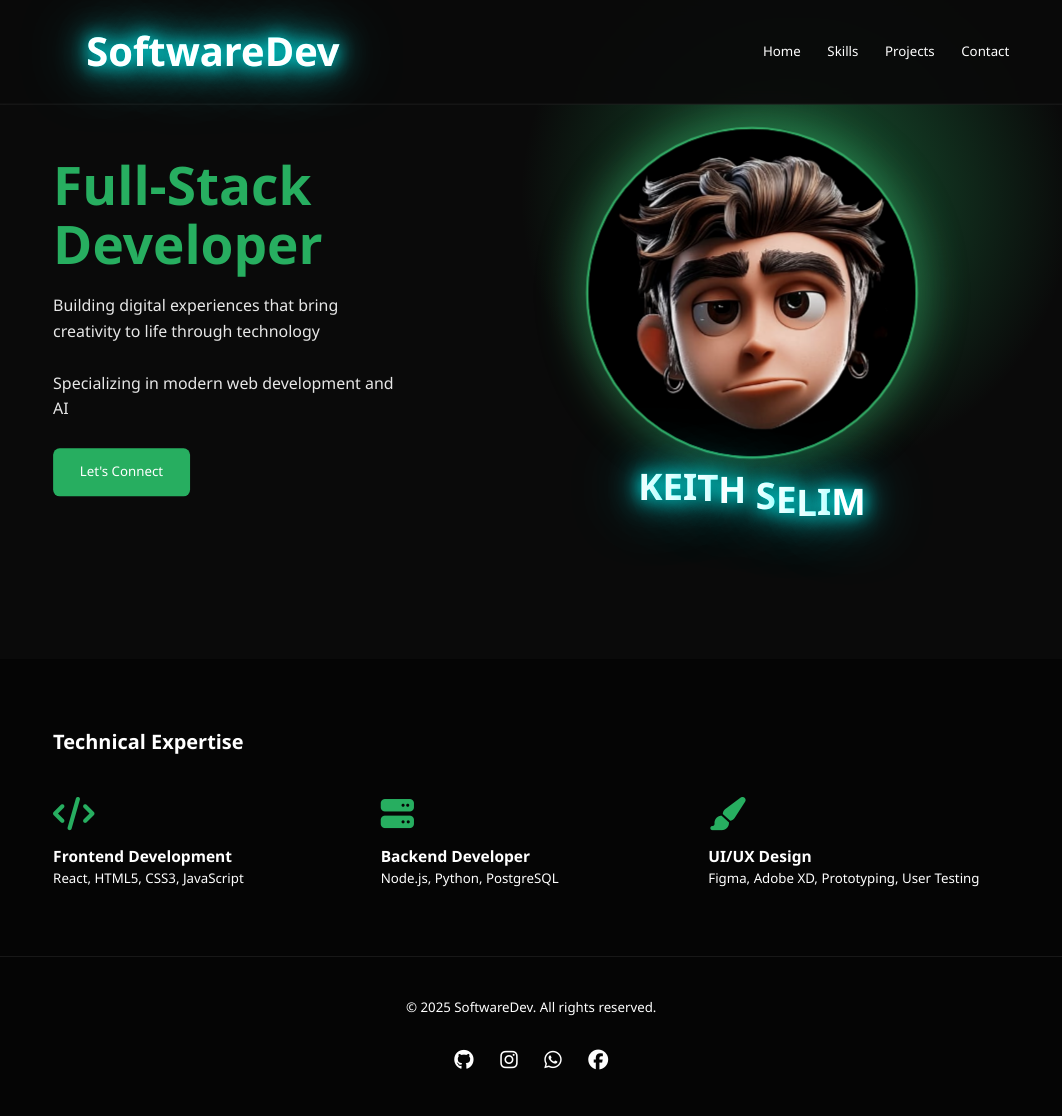
Repository: PEEZYBEE/my-react-portfolio
Page: /
These files come from the project's save history. The page is drawn as it stood at one moment and after the next save; the edit follows.
The browser window is 1280 px wide. The pictures show the whole page, at 83% of full size.
The project was rebuilt for these pictures with package versions that can differ from the ones it lists, and the page was loaded fresh each time. Also part of the build but not shown: vite.config.js.

Above is the page before, as saved 2025-04-21 01:50:17.

### index.html
<!doctype html>
<html lang="en">
  <head>
    <meta charset="UTF-8" />
  <link rel="icon" type="image/svg+xml" href="favicon.svg" />
  <meta name="viewport" content="width=device-width, initial-scale=1.0" />
  <title>Keith Selim</title>

  <!-- ✅ Add this line below -->
  <link
    rel="stylesheet"
    href="https://cdnjs.cloudflare.com/ajax/libs/font-awesome/6.7.2/css/all.min.css"
    integrity="sha512-Evv84Mr4kqVGRNSgIGL/F/aIDqQb7xQ2vcrdIwxfjThSH8CSR7PBEakCr51Ck+w+/U6swU2Im1vVX0SVk9ABhg=="
    crossorigin="anonymous"
    referrerpolicy="no-referrer"
  />
</head>
  <body>
    <div id="root"></div>
    <script type="module" src="/src/main.jsx"></script>
  </body>
</html>

### src/index.css
:root {
  font-family: system-ui, Avenir, Helvetica, Arial, sans-serif;
  line-height: 1.5;
  font-weight: 400;

  color-scheme: light dark;
  color: rgba(255, 255, 255, 0.87);
  background-color: #242424;

  font-synthesis: none;
  text-rendering: optimizeLegibility;
  -webkit-font-smoothing: antialiased;
  -moz-osx-font-smoothing: grayscale;
}

a {
  font-weight: 500;
  color: #646cff;
  text-decoration: inherit;
}
a:hover {
  color: #535bf2;
}

body {
  margin: 0;


  min-width: 320px;
  min-height: 100vh;
}

h1 {
  font-size: 3.2em;
  line-height: 1.1;
}

button {
  border-radius: 8px;
  border: 1px solid transparent;
  padding: 0.6em 1.2em;
  font-size: 1em;
  font-weight: 500;
  font-family: inherit;
  background-color: #1a1a1a;
  cursor: pointer;
  transition: border-color 0.25s;
}
button:hover {
  border-color: #646cff;
}
button:focus,
button:focus-visible {
  outline: 4px auto -webkit-focus-ring-color;
}

@media (prefers-color-scheme: light) {
  :root {
    color: #213547;
    background-color: #ffffff;
  }
  a:hover {
    color: #747bff;
  }
  button {
    background-color: #f9f9f9;
  }
}

### src/App.jsx
import React from "react";
import Navbar from './components/Navbar';
import Hero from './components/Hero';
import NameBanner from './components/NameBanner';
import Skills from './components/Skills';
import Footer from './components/Footer';
import './style.css';


function App() {
  return (
    <>
      <Navbar />
      <Hero />
      <NameBanner />
      <Skills />
      <Footer />
    </>
  );
}

export default App;

### src/components/Navbar.jsx
import React from "react";

const Navbar = () => {
  return (
    <nav className="navbar">
      <a href="#home" className="logo">SoftwareDev</a>
      <ul className="nav-links">
        <li><a href="#home">Home</a></li>
        <li><a href="#skills">Skills</a></li>
        <li><a href="#projects">Projects</a></li>
        <li><a href="#contact">Contact</a></li>
      </ul>
    </nav>
  );
};

export default Navbar;

### src/components/Hero.jsx
import React from 'react';
import './Hero.css';
import profileImage from '../assets/profile.jpg';

const Hero = () => {
  return (
    <section id="home" className="hero">
      <div className="hero-content">
        <h1>Full-Stack Developer</h1>
        <p>Building digital experiences that bring creativity to life through technology</p>
        <p className="highlight">Specializing in modern web development and AI</p>
        <a href="#contact" className="cta-button">Let's Connect</a>
      </div>

      <div className="hero-image-container">
        <div className="profile-wrapper">
          <img src={profileImage} alt="Profile" className="profile-img" />
          <h2 className="bouncing-letters">
            <span>K</span>
            <span>E</span>
            <span>I</span>
            <span>T</span>
            <span>H</span>
            <span>&nbsp;</span>
            <span>S</span>
            <span>E</span>
            <span>L</span>
            <span>I</span>
            <span>M</span>
          </h2>
        </div>
      </div>
    </section>
  );
};

export default Hero;

### src/components/NameBanner.jsx
import React from "react";


const Hero = () => {
  return (
    <section>



    </section>
  );
};

export default Hero;

### src/components/Skills.jsx
import React from "react";

const Skills = () => {
  return (
    <section id="skills" className="skills">
      <h2>Technical Expertise</h2>
      <div className="skills-grid">
        <div className="skill-card">
          <i className="fa-solid fa-code"></i>
          <h3>Frontend Development</h3>
          <p>React, HTML5, CSS3, JavaScript</p>
        </div>
        <div className="skill-card">
          <i className="fa-solid fa-server"></i>
          <h3>Backend Developer</h3>
          <p>Node.js, Python, PostgreSQL</p>
        </div>
        <div className="skill-card">
          <i className="fa-solid fa-paintbrush"></i>
          <h3>UI/UX Design</h3>
          <p>Figma, Adobe XD, Prototyping, User Testing</p>
        </div>
      </div>
    </section>
  );
};

export default Skills;

### src/components/Footer.jsx
import React from "react";

const Footer = () => {
  return (
    <footer>
      <p>&copy; 2025 SoftwareDev. All rights reserved.</p>
      <div className="social-links">
        <a href="#"><i className="fa-brands fa-github"></i></a>
        <a href="#"><i className="fa-brands fa-instagram"></i></a>
        <a href="#"><i className="fa-brands fa-whatsapp"></i></a>
        <a href="#"><i className="fa-brands fa-facebook"></i></a>
      </div>
    </footer>
  );
};

export default Footer;

### src/style.css
.bouncing-letters span {
display: inline-block;
color: white;
text-shadow: 0px 0px 0px cyan,
             0px 0px 20px cyan,
             0px 0px 40px cyan,
             0px 0px 80px cyan;
font-size: 44px;
font-weight: bold;
animation: bounce 0.8s ease infinite alternate;



}

@keyframes bounce {
    0% { transform: translateY(0) }
    100% { transform: translateY(-20px) }

}

.bouncing-letters span:nth-child(1)
{ animation-delay:  0.1s; }


.bouncing-letters span:nth-child(2)
{ animation-delay:  0.2s; }


.bouncing-letters span:nth-child(3)
{ animation-delay:  0.3s; }


.bouncing-letters span:nth-child(4)
{ animation-delay:  0.4s; }


.bouncing-letters span:nth-child(5)
{ animation-delay: 0.5s; }


.bouncing-letters span:nth-child(6)
{ animation-delay:  0.6s; }

.bouncing-letters span:nth-child(7)
{ animation-delay:  0.7s; }

.bouncing-letters span:nth-child(8)
{ animation-delay:  0.8s; }

.bouncing-letters span:nth-child(9)
{ animation-delay:  0.9s; }

.bouncing-letters span:nth-child(10)
{ animation-delay:  1.0s; }

body{
    background-color: var(--dark-bg);
    color: var(--text);
    line-height: 1.6;
    overflow-x: hidden;
}


*{
  margin: 0;
  padding: 0;
  box-sizing: border-box;
  font-family: 'Segoe UI', sans-serif;
}
:root{
  --dark-bg: #0a0a0a;
  --darker-bg: #050505;
  --accent-glow: rgba(46, 204, 113, 0.4);
  --text: #ffffff;
}

.navbar{
  position: fixed;
  top: 0;
  width: 100%;
  padding: 1.5rem 5%;
  display: flex;
  justify-content: space-between;
  align-items: center;
  background:  rgba(10, 10, 10, 0.95);
  backdrop-filter: blur(10px);
  z-index: 1000;
  border-bottom: 1px solid rgba(255, 255, 255, 0.1);
}

.logo{
  font-size: 3rem;
  font-weight: 700;
  color: white;
  text-shadow: 0px 0px 0px cyan,
               0px 0px 20px cyan,
               0px 0px 40px cyan,
               0px 0px 80px cyan;
  /*color: var(--accent-glow);*/
  text-decoration: none;
  position: relative;
  padding-left: 2.5rem;
}

.nav-links{
  display: flex;
  gap: 2rem;
  list-style: none;
}

.nav-links a {
  color: var(--text);
  text-decoration: none;
  font-weight: 500;
  transition: all 0.3s ease;
  position: relative;
}

.nav-links a::after {
  content: '';
  position: absolute;
  bottom:  -5px;
  left: 0;
  width: 0;
  height: 2px;
  background: var(--accent-glow);
  transition: width 0.3s ease;
}

.nav-links a:hover::after {
   width: 100%;
}

.hero {
  min-height: 100vh;
  display: flex;
  align-items: center;
  padding: 12% 5%;
  background: radial-gradient(circle at 75% 30%,var(--accent-glow) 0%,transparent 30%);
}

.hero-content {
    flex: 1;
    padding-right: 5rem;
}

.hero-image {
    flex: 1;
    text-align: center;
    position: relative;
}

.profile-img {
    width: 400px;
    height: 400px;
    border-radius: 50%;
    object-fit: cover;
    border: 3px solid ,#27ae60;
    box-shadow: 0 0 50px 10px var(--accent-glow);
    animation: float 3s ease-in-out infinite;
    filter: grayscale(0.2) contrast(1.1);
}

@keyframes float {
    0%, 100%{ transform: translateY(0);}
    50% { transform: translateY(-20px);}
}

.hero h1 {
    font-size: 4rem;
    margin-bottom: 1.5rem;
    color: #27ae60;
    -webkit-background-clip: text;
    /*-webkit-text-fill-color: transparent;*/
    z-index: 10;
}

.hero p {
  font-size: 1.2rem;
  margin-bottom: 2rem;
  opacity: 0.9;
  max-width: 600px;
}

.cta-button {
  display: inline-block;
  padding: 1rem 2rem;
  background:  #27ae60;
  color: white;
  border-radius: 8px;
  text-decoration: none;
  transition: all 0.3s ease;
  position: relative;
  overflow: hidden;
}

.skills {
    padding: 5rem 5%;
    background: var(--darker-bg);
}

.skills-grid {
    display: grid;
    grid-template-columns: repeat(auto-fit,minmax(250px, 1fr));
    gap: 2rem;
    margin-top: 3rem;
}


.skills-card {
    padding: 2rem;
    border-radius: 15px;
    background: rgba(255,255,255,0.05);
    transition: all 0,3s ease;
    border: 1px solid rgba(255,255,255,0.1);
    backdrop-filter: blur(5px);
}

.skill-card:hover {
    transform: translateY(-10px);
    border-color: #27ae60;
    box-shadow: 0 10px 30px var(--accent-glow);
}

.skill-card i {
    font-size: 2.5rem;
    color:  #27ae60;
    margin-bottom: 1rem;
}

footer {
    background: var(--darker-bg);
    padding: 3rem 5%;
    text-align: center;
    border-top: 1px solid rgba(255, 255, 255, 0.1);
    width: 100%; /* Ensure it takes full width */
    position: relative;
    box-sizing: border-box;

}

.social-links {
    margin-top: 2rem;
    display: flex;
    justify-content: center;
    gap: 2rem;
}

.social-links a {
    color: var(--text);
    font-size:  1.5rem;
    transition: all 0.3s ease;
}

.social-links a:hover {
    color: white;
    text-shadow: 0px 0px 0px cyan,
                 0px 0px 20px cyan,
                 0px 0px 40px cyan,
                 0px 0px 80px cyan;
    transform: translateY(-3px);
}

@media (max-width: 768px) {
    .hero {
        flex-direction: column;
        text-align: center;
        padding-top: 8rem;
    }
    .hero-content {
        padding-right: 0;
        margin-bottom: 3rem;
    }
    .profile-img {
        width: 280px;
        height: 280px;
    }
    .nav-links {
        display: none;
    }
    .logo {
        font-size: 1.5rem;
        padding-left: 2rem;
    }
}

### src/components/Hero.css
.hero {
    display: flex;
    justify-content: space-between;
    align-items: center;
    padding: 2rem;
    flex-wrap: wrap;
  }

  .hero-content {
    flex: 1;
    max-width: 500px;
  }

  .hero-image-container {
    flex: 1;
    display: flex;
    justify-content: center;
    align-items: center;
    margin-left: 2rem;
  }

  .profile-wrapper {
    display: flex;
    flex-direction: column;
    align-items: center;
  }

  .profile-img {
    width: 200px;
    height: 200px;
    object-fit: cover;
    border-radius: 50%;
    border: 3px solid #646cff;
    margin-bottom: 1rem;
  }

  .bouncing-letters span {
    display: inline-block;
    animation: bounce 1s infinite alternate;
  }

  .bouncing-letters span:nth-child(2) { animation-delay: 0.1s; }
  .bouncing-letters span:nth-child(3) { animation-delay: 0.2s; }
  .bouncing-letters span:nth-child(4) { animation-delay: 0.3s; }
  .bouncing-letters span:nth-child(5) { animation-delay: 0.4s; }
  .bouncing-letters span:nth-child(6) { animation-delay: 0.5s; }
  .bouncing-letters span:nth-child(7) { animation-delay: 0.6s; }
  .bouncing-letters span:nth-child(8) { animation-delay: 0.7s; }
  .bouncing-letters span:nth-child(9) { animation-delay: 0.8s; }
  .bouncing-letters span:nth-child(10) { animation-delay: 0.9s; }
  .bouncing-letters span:nth-child(11) { animation-delay: 1s; }

  @keyframes bounce {
    0% { transform: translateY(0); }
    100% { transform: translateY(-10px); }
  }

Loaded but not shown: src/main.jsx (common file)

After the next save:
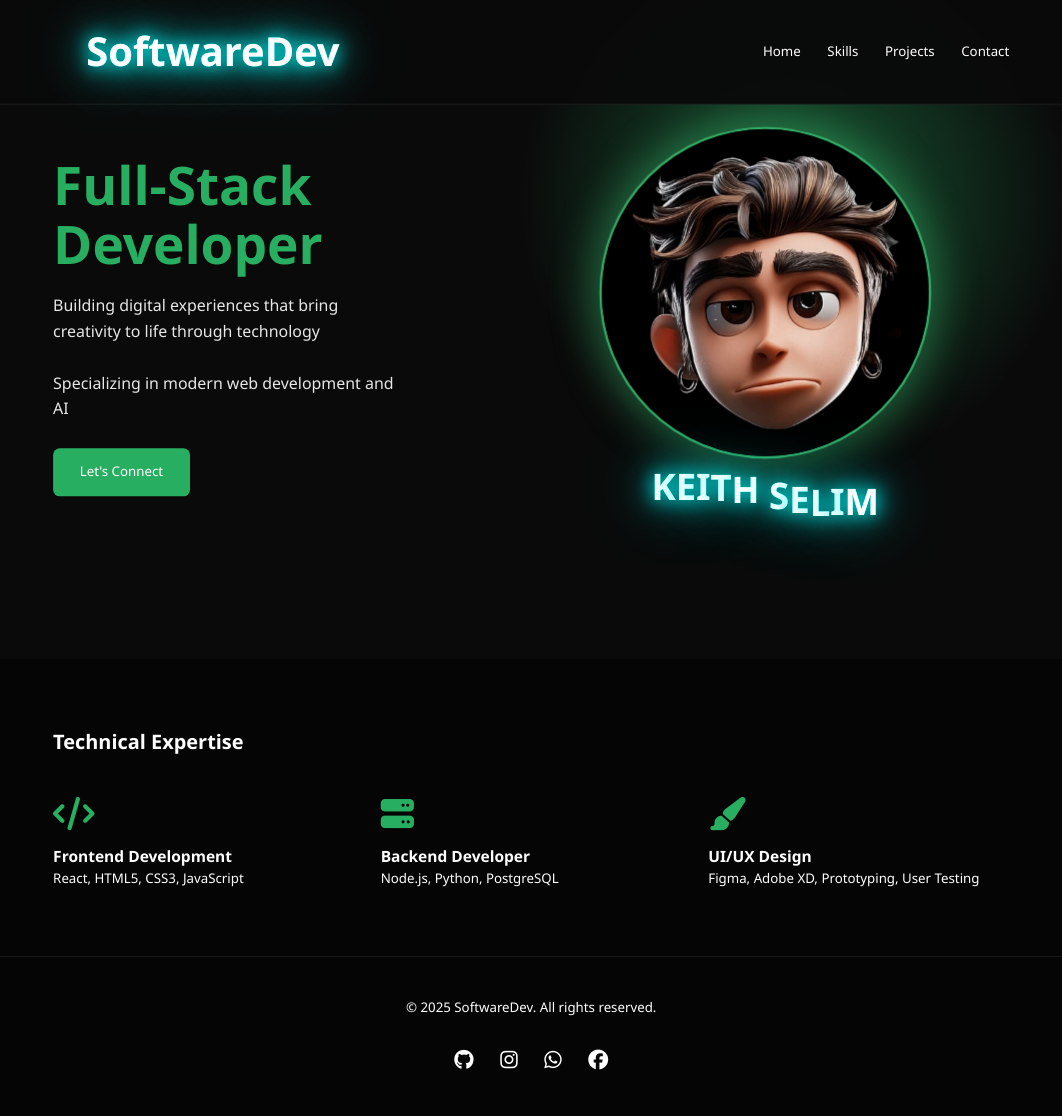
Saved 19 s later.
--- a/src/components/Hero.css
+++ b/src/components/Hero.css
@@ -16,7 +16,7 @@
     display: flex;
     justify-content: center;
     align-items: center;
-    margin-left: 2rem;
+    margin-left: 4rem;
   }
 
   .profile-wrapper {
